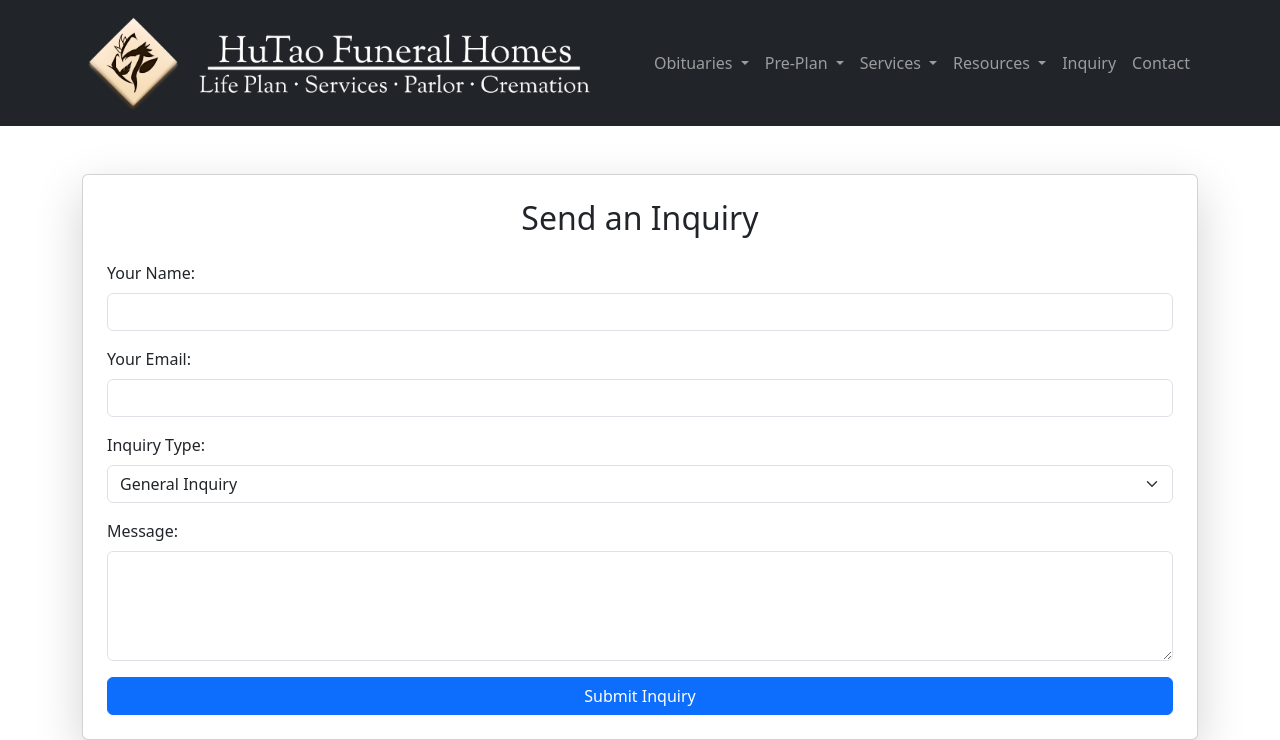
Repository: Jamil-cyber-hash/INSANITY
Page: http://localhost/inquiry.php
An editor plug-in stored every save of this project. The page is shown before and after the next save, followed by the edit.
The browser window is 1280 px wide. The pictures show the whole page.
The page is run by PHP 8.4 with error messages shown; the project is at /var/www/html/.

Above is the page before, as saved 2025-03-23 22:00:43.

### inquiry.php
<!DOCTYPE html>
<html lang="en">
<head>
    <meta charset="UTF-8">
    <meta name="viewport" content="width=device-width, initial-scale=1.0">
    <title>Inquiry Form</title>
    <link href="https://cdn.jsdelivr.net/npm/bootstrap@5.3.0/dist/css/bootstrap.min.css" rel="stylesheet">
</head>
<body>

<?php include 'header.php'; ?>
    <div class="container mt-5">
        <div class="card shadow-lg p-4">
            <h2 class="text-center mb-4">Send an Inquiry</h2>
            <form action="submit_inquiry.php" method="POST">
                <div class="mb-3">
                    <label for="name" class="form-label">Your Name:</label>
                    <input type="text" id="name" name="name" class="form-control" required>
                </div>

                <div class="mb-3">
                    <label for="email" class="form-label">Your Email:</label>
                    <input type="email" id="email" name="email" class="form-control" required>
                </div>

                <div class="mb-3">
                    <label for="inquiry_type" class="form-label">Inquiry Type:</label>
                    <select id="inquiry_type" name="inquiry_type" class="form-select" required>
                        <option value="General">General Inquiry</option>
                        <option value="Obituary">Obituary Submission</option>
                    </select>
                </div>

                <div class="mb-3">
                    <label for="message" class="form-label">Message:</label>
                    <textarea id="message" name="message" class="form-control" rows="4" required></textarea>
                </div>

                <button type="submit" class="btn btn-primary w-100">Submit Inquiry</button>
            </form>
        </div>
    </div>

    <script src="https://cdn.jsdelivr.net/npm/bootstrap@5.3.0/dist/js/bootstrap.bundle.min.js"></script>
</body>
</html>

### header.php
<!DOCTYPE html>
<html lang="en">
<head>
    <meta charset="UTF-8" />
    <meta name="viewport" content="width=device-width, initial-scale=1.0" />
    <title>Funeral Service</title>

    <link href="https://cdn.jsdelivr.net/npm/bootstrap@5.3.3/dist/css/bootstrap.min.css" rel="stylesheet" integrity="sha384-QWTKZyjpPEjISv5WaRU9OFeRpok6YctnYmDr5pNlyT2bRjXh0JMhjY6hW+ALEwIH" crossorigin="anonymous">
<script src="https://cdn.jsdelivr.net/npm/bootstrap@5.3.3/dist/js/bootstrap.bundle.min.js" integrity="sha384-YvpcrYf0tY3lHB60NNkmXc5s9fDVZLESaAA55NDzOxhy9GkcIdslK1eN7N6jIeHz" crossorigin="anonymous"></script>
<link rel="stylesheet" href="css/pang.css">
<link rel="stylesheet" href="css/form.css">

</head>
<body>

<!-- Header -->
<nav class="navbar navbar-expand-lg navbar-dark bg-dark">
    <div class="container">
        <a class="navbar-brand" href="PANG.php"><img src="imaages\logo.png" alt="" class="logo"><img src="imaages\logo2.png" alt="" class="logo2"></a>


         <button class="navbar-toggler" type="button" data-bs-toggle="collapse" data-bs-target="#navbarNav">
            <span class="navbar-toggler-icon"></span>
        </button>

        <div class="collapse navbar-collapse" id="navbarNav">
            <ul class="navbar-nav ms-auto">
                <!-- Obituaries Dropdown -->
                <li class="nav-item dropdown">
                    <a class="nav-link dropdown-toggle" href="#" id="obituariesDropdown" role="button" data-bs-toggle="dropdown" aria-expanded="false">
                        Obituaries
                    </a>
                    <ul class="dropdown-menu" aria-labelledby="obituariesDropdown">
                        <li><a class="dropdown-item" href="PANG.php#obituaries">Recent Obituaries</a></li>
                        <li><a class="dropdown-item" href="#search">Search Obituaries</a></li>

                    </ul>
                </li>

                <!-- Pre-Plan Dropdown -->
                <li class="nav-item dropdown">
                    <a class="nav-link dropdown-toggle" href="#" id="preplanDropdown" role="button" data-bs-toggle="dropdown" aria-expanded="false">
                        Pre-Plan
                    </a>
                    <ul class="dropdown-menu" aria-labelledby="preplanDropdown">
                        <li><a class="dropdown-item" href="pre-plan.php">Why Pre-Plan?</a></li>
                        <li><a class="dropdown-item" href="submit_preplan.php">Pre-Plan Options</a></li>
                    </ul>
                </li>

                <!-- Services Dropdown -->
                <li class="nav-item dropdown">
                    <a class="nav-link dropdown-toggle" href="services.php" id="servicesDropdown" role="button" data-bs-toggle="dropdown" aria-expanded="false">
                        Services
                    </a>
                    <ul class="dropdown-menu" aria-labelledby="servicesDropdown">
                        <li><a class="dropdown-item" href="burial_services.php">Burial Services</a></li>
                        <li><a class="dropdown-item" href="cremation.php">Cremation Services</a></li>
                        <li><a class="dropdown-item" href="memorial.php">Memorial Planning</a></li>
                    </ul>
                </li>

                <!-- Resources Dropdown -->
                <li class="nav-item dropdown">
                    <a class="nav-link dropdown-toggle" href="#" id="resourcesDropdown" role="button" data-bs-toggle="dropdown" aria-expanded="false">
                        Resources
                    </a>
                    <ul class="dropdown-menu" aria-labelledby="resourcesDropdown">
                        <li><a class="dropdown-item" href="grief_support.php">Grief Support</a></li>
                        <li><a class="dropdown-item" href="faq.php">FAQs</a></li>
                    </ul>
                </li>

                <!-- Inquiry Link -->
                <li class="nav-item">
                    <a class="nav-link" href="inquiry.php">Inquiry</a>
                </li>

                <!-- Contact Link -->
                <li class="nav-item">
                    <a class="nav-link" href="#contact">Contact</a>
                </li>
            </ul>
        </div>
    </div>
</nav>

### css/pang.css

.carousel-item img {
    width: 100%;
    height: 600px;
    object-fit: cover;
}
.logo{
    height: 100px;
    width: auto;
    object-fit: contain;

}
.logo2{
    height: 100px;
    width: auto;
    object-fit: contain;

}
.map1{
    align-items: center;
    justify-content: center;
    text-align: center;
}
.map2{
    align-items: center;
    justify-content: center;
    text-align: center;
}
.navbar-nav .dropdown .dropdown-menu {
    display: block;
    opacity: 0;
    visibility: hidden;
    transition: opacity 0.3s ease, transform 0.3s ease;
    transform: translateY(-10px);
}

.navbar-nav .dropdown:hover .dropdown-menu {
    opacity: 1;
    visibility: visible;
    transform: translateY(0);
}

### css/form.css
#sender_email {
    border: 1px solid #ced4da;
    transition: border-color 0.2s ease-in-out;
}

/* Red border when invalid */
#sender_email.invalid {
    border-color: #dc3545;
}

/* Optional: Green border when valid */
#sender_email.valid {
    border-color: #28a745;
}

After the next save:
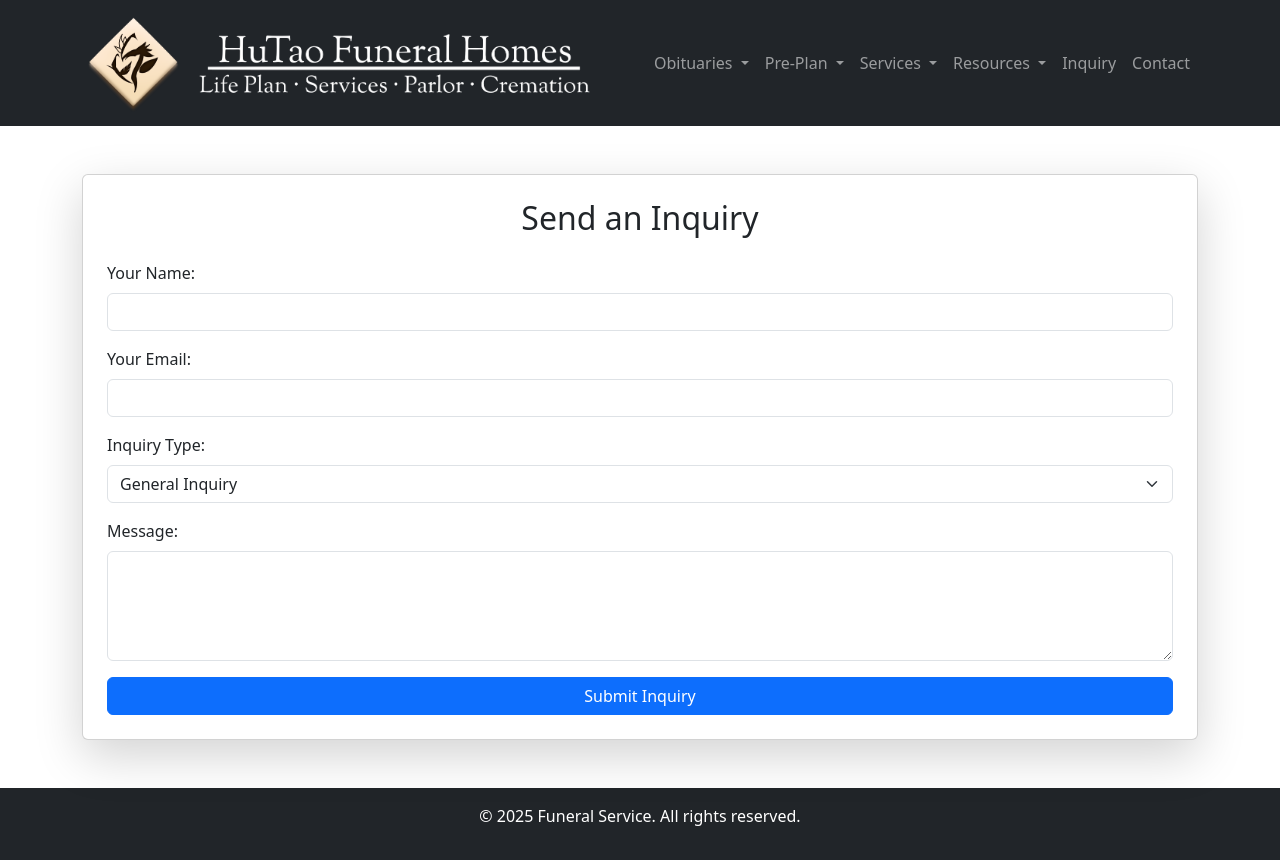
Saved 22 s later.
--- a/inquiry.php
+++ b/inquiry.php
@@ -42,5 +42,10 @@
     </div>
 
     <script src="https://cdn.jsdelivr.net/npm/bootstrap@5.3.0/dist/js/bootstrap.bundle.min.js"></script>
+
+
+    <footer class="bg-dark text-white text-center py-3 mt-5">
+    <p>&copy; 2025 Funeral Service. All rights reserved.</p>
+</footer>
 </body>
 </html>
